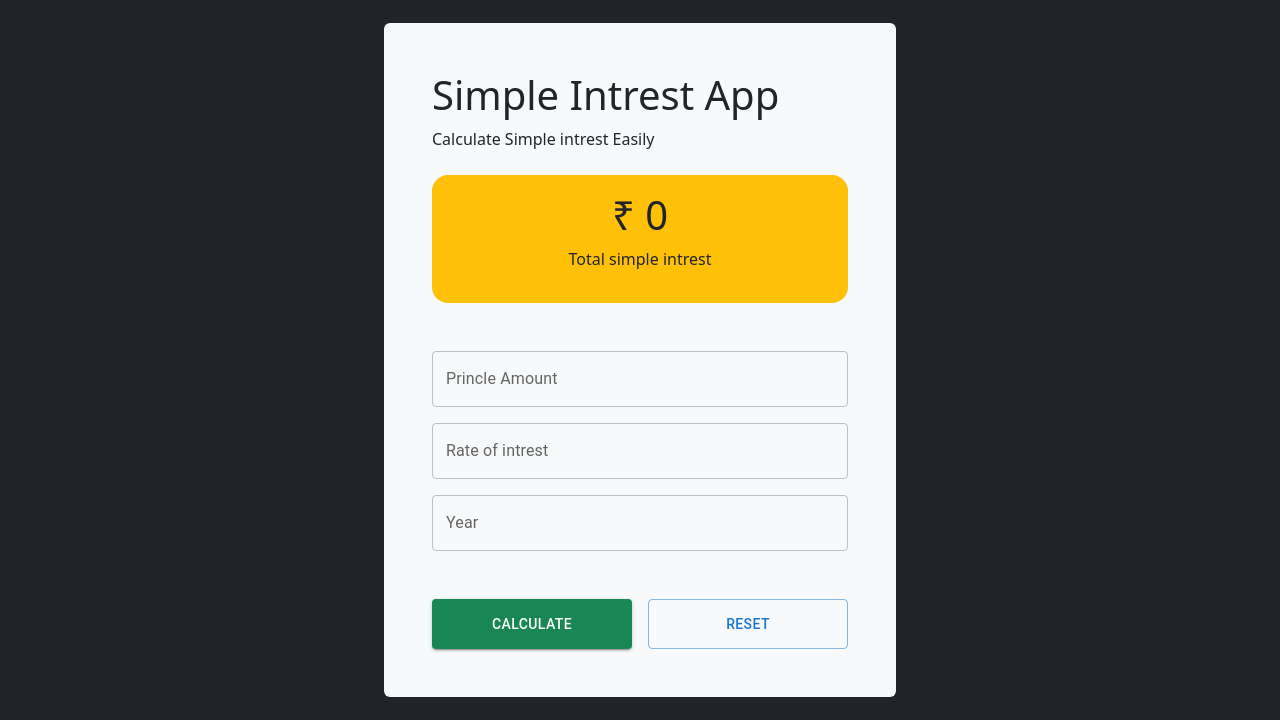
Repository: Afraz13/simple-intrest
Page: /
These files come from the project's save history. The page is drawn as it stood at one moment and after the next save; the edit follows.
The browser window is 1280 px wide. The pictures show the whole page.
The project was rebuilt for these pictures with package versions that can differ from the ones it lists, and the page was loaded fresh each time. Also part of the build but not shown: src/index.css, src/App.css.

Above is the page before, as saved 2024-07-16 13:20:45.

### public/index.html
<!DOCTYPE html>
<html lang="en">
  <head>
    <meta charset="utf-8" />

    <meta name="viewport" content="width=device-width, initial-scale=1" />
    <link href="https://cdn.jsdelivr.net/npm/bootstrap@5.3.3/dist/css/bootstrap.min.css" rel="stylesheet" integrity="sha384-QWTKZyjpPEjISv5WaRU9OFeRpok6YctnYmDr5pNlyT2bRjXh0JMhjY6hW+ALEwIH" crossorigin="anonymous">

    <title>Simple Intrest</title>
  </head>
  <body>

    <div id="root"></div>

  </body>
</html>

### src/App.js

import './App.css';
import { TextField } from '@mui/material';
import Stack from '@mui/material/Stack';
import { Button } from '@mui/material';
import { useState } from 'react';


function App() {

  const [interest, setInterest]=useState(0)
  const [principle, setPrinciple] = useState(0)
  const [rate, setRate]=useState(0)
  const [year, setYear]=useState(0)
  const [isprinciple, setIsprinciple]=useState(true)
  const [israte, setIsrate]=useState(true)
  const [isyear, setIsyear]=useState(true)

  const getValidate =(e)=>{
    const {name,value}=e.target
    // console.log(name,value);
    // !!value.match(/^[0-9]$/) !!if convert into boolean
    if(!!value.match(/^[0-9]+$/) ){
      if(name==='principle'){
      setPrinciple(value)
      setIsprinciple(true)
     }
     else if(name==='rate'){
      setRate(value)
      setIsrate(true)
     }
     else if(name==='year'){
      setYear(value)
      setIsyear(true)
     }

    }
    else{
     if(name==='principle'){
      setPrinciple(value)
      setIsprinciple(false)
     }
     else if(name==='rate'){
      setRate(value)
      setIsrate(false)
     }
     else if(name==='year'){
      setYear(value)
      setIsyear(false)
     }
    }


  }
  const handlecalculate = (e)=>{
    e.preventDefault()
    if(!principle || !rate || !year){
      alert('please fill the form')
    }
    else{
      setInterest(principle*rate*year/100)
    }
  }

  return (
    <div style={{height:'100vh'}} className='d-flex justify-content-center align-items-center w-100 bg-dark'>
    <div className='bg-light p-5 rounded'>
    <h1>Simple Intrest App</h1>
    <p>Calculate Simple intrest Easily</p>
    <div className='bg-warning d-flex justify-content-center align-items-center p-3 flex-column rounded-4 mt-4 '>
      <h1>₹ {interest}</h1>
      <p>Total simple intrest</p>
    </div>
    <form  onSubmit={handlecalculate} action="" className='mt-5'>
     <div className='mb-3'>
     <TextField value={principle || ""} name='principle' onChange={(e)=>getValidate(e)}  className='w-100' id="outlined-basic" label="Princle Amount" variant="outlined" />
     </div>

     { !isprinciple &&
      <div>
      <p className='text-danger fw-bold'>*Invalid Input</p>
     </div>
     }

     <div className='mb-3'>
     <TextField value={rate || ""} name='rate' onChange={(e)=>getValidate(e)}  className='w-100' id="outlined-basic" label="Rate of intrest" variant="outlined" />
     </div>
     { !israte &&
      <div>
      <p className='text-danger fw-bold'>*Invalid Input</p>
     </div>
     }
     <div className='mb-3'>
     <TextField value={year || ""} name='year' onChange={(e)=>getValidate(e)}  className='w-100' id="outlined-basic" label="Year" variant="outlined" />
     </div>
     { !isyear &&
      <div>
      <p className='text-danger fw-bold'>*Invalid Input</p>
     </div>
     }
     <Stack className='mt-5' direction="row" spacing={2}>
     <Button type='submit' className='bg-success' disabled={isprinciple && israte && isyear?false:true} style={{width:'200px',height:'50px'}} variant="contained" >Calculate</Button>
     <Button variant="outlined" style={{width:'200px',height:'50px',position:'absolute !important',top:'50% !important',left:'50% !important'}}>Reset</Button>
</Stack>
    </form>
    </div>
    </div>
  );
}

export default App;

Loaded but not shown: src/index.js (common file)

After the next save:
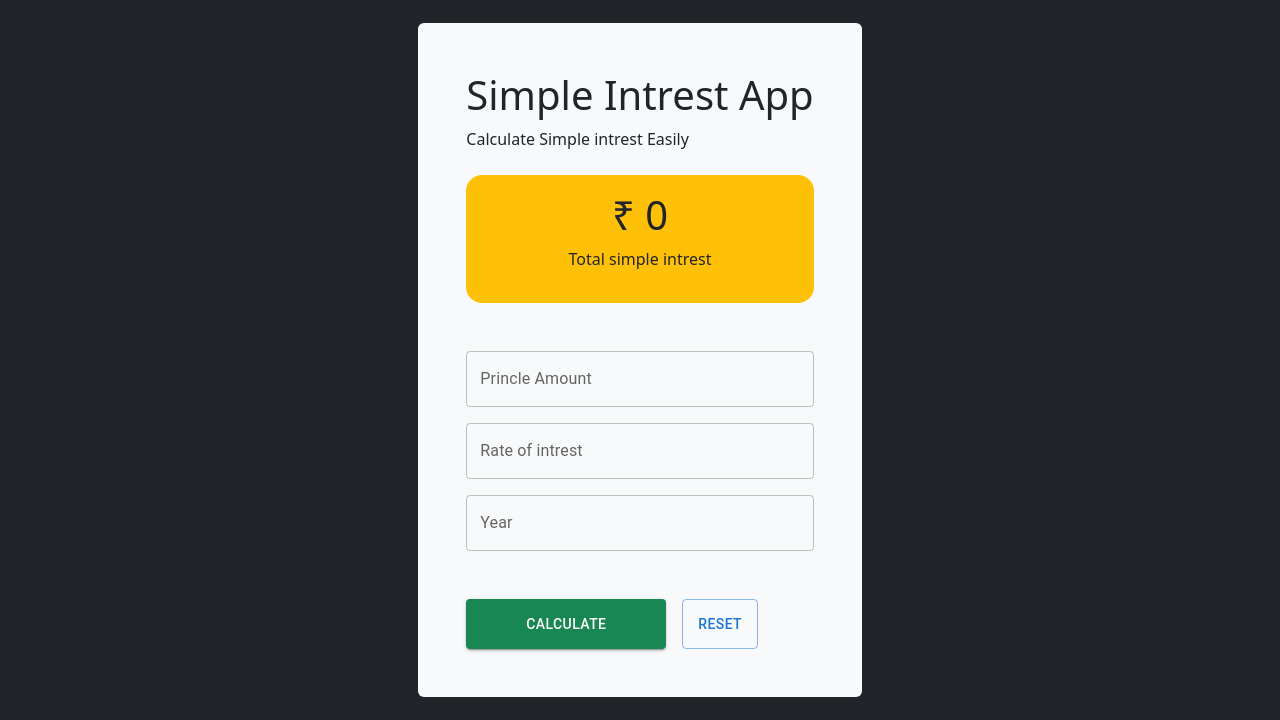
Saved 4 s later.
--- a/src/App.js
+++ b/src/App.js
@@ -100,7 +100,7 @@ function App() {
      }
      <Stack className='mt-5' direction="row" spacing={2}>
      <Button type='submit' className='bg-success' disabled={isprinciple && israte && isyear?false:true} style={{width:'200px',height:'50px'}} variant="contained" >Calculate</Button>
-     <Button variant="outlined" style={{width:'200px',height:'50px',position:'absolute !important',top:'50% !important',left:'50% !important'}}>Reset</Button>
+     <Button variant="outlined" style={{width:'200px !important',height:'50px',position:'absolute !important',top:'50% !important',left:'50% !important'}}>Reset</Button>
 </Stack>
     </form>
     </div>
